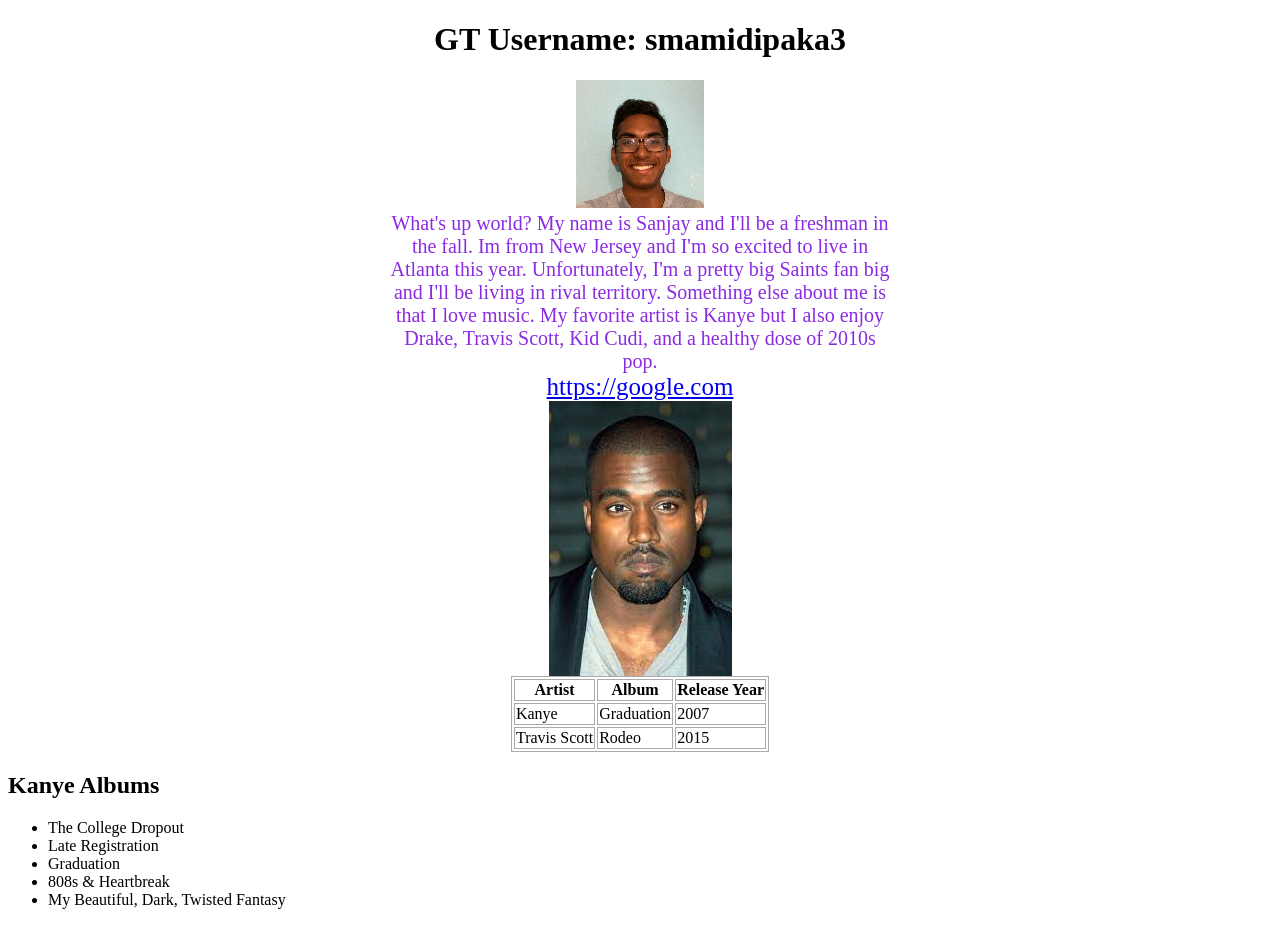
Repository: sanjayMamidipaka/cs1301
Page: lab01/index.html
The author's editor kept a copy of each file at every save. The page is drawn from the files as they stood at one save, then again after the next save.
The browser window is 1280 px wide. The pictures show the whole page.

Above is the page before, as saved 2021-07-22 16:59:48.

### lab01/index.html
<!DOCTYPE html>

<head>
    <link rel="stylesheet" href="style.css">
  </head>

  <div class = "h1">
    <h1>GT Username: smamidipaka3</h1>

    <img src="image.png" alt="My Picture">
    <p class = 'description'>
        What's up world? My name is Sanjay and I'll be a freshman in the fall. Im from New Jersey and I'm so excited to live in Atlanta this year.
        Unfortunately, I'm a pretty big Saints fan big and I'll be living in rival territory. Something else about me is that I love music. My favorite artist is Kanye but
        I also enjoy Drake, Travis Scott, Kid Cudi, and a healthy dose of 2010s pop.
    </p>

    <a class='link' href="https://google.com">https://google.com</a>

  </div>

  <a href="https://www.kanyewest.com/" >
    <img class='kanye' src="kanye.jpeg" alt="The GOAT's pic">
</a>

<table class='center'>
    <tr>
        <th>Artist</th>
        <th>Album</th>
        <th>Release Year</th>
    </tr>

    <tr>
        <td>Kanye</td>
        <td>Graduation</td>
        <td>2007</td>
    </tr>

    <tr>
        <td>Travis Scott</td>
        <td>Rodeo</td>
        <td>2015</td>
    </tr>
</table>


    <h2 class='listtitle'>Kanye Albums</h2>

    <ul class='list'>
        <li>The College Dropout</li>
        <li>Late Registration</li>
        <li>Graduation</li>
        <li>808s & Heartbreak</li>
        <li>My Beautiful, Dark, Twisted Fantasy</li>
      </ul>

### lab01/style.css
.h1 {
    text-align: center
}

.description {
    width: 500px;
    text-align: center;
    margin: auto;
    color: blueviolet;
    font-size: 20px;
}

.link {
    font-size: 25px;
}

.kanye {
    display: block;
    margin-left: auto;
    margin-right: auto;
}

.center, th, td {
    border: 1px solid #aaaaaa;
    margin-left: auto;
    margin-right: auto;
}

.listtitle {
    margin-left: auto;
    margin-right: auto;
}

After the next save:
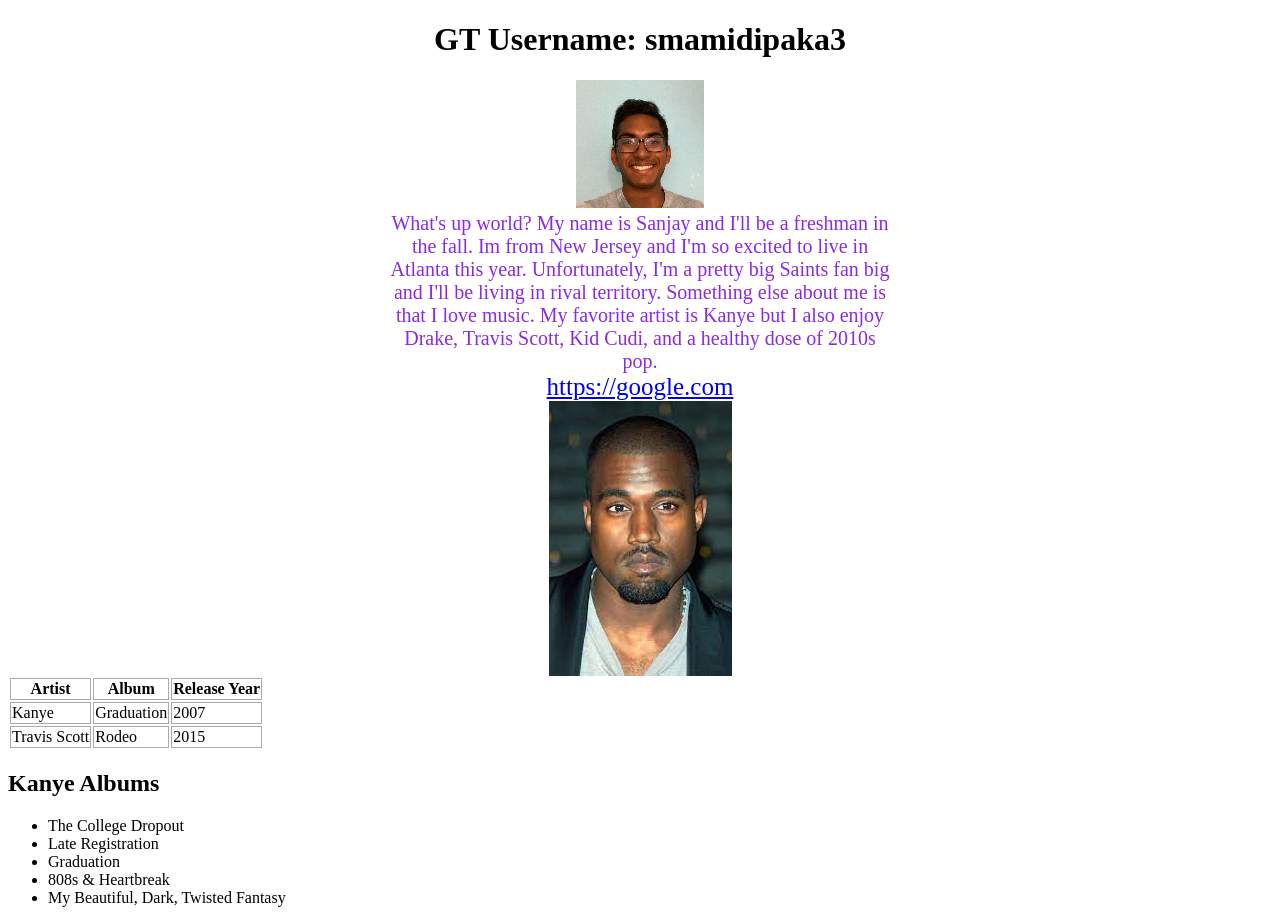
Saved 20 s later.
--- a/lab01/index.html
+++ b/lab01/index.html
@@ -22,7 +22,7 @@
     <img class='kanye' src="kanye.jpeg" alt="The GOAT's pic">
 </a>
 
-<table class='center'>
+<table class='table'>
     <tr>
         <th>Artist</th>
         <th>Album</th>

After the save that followed:
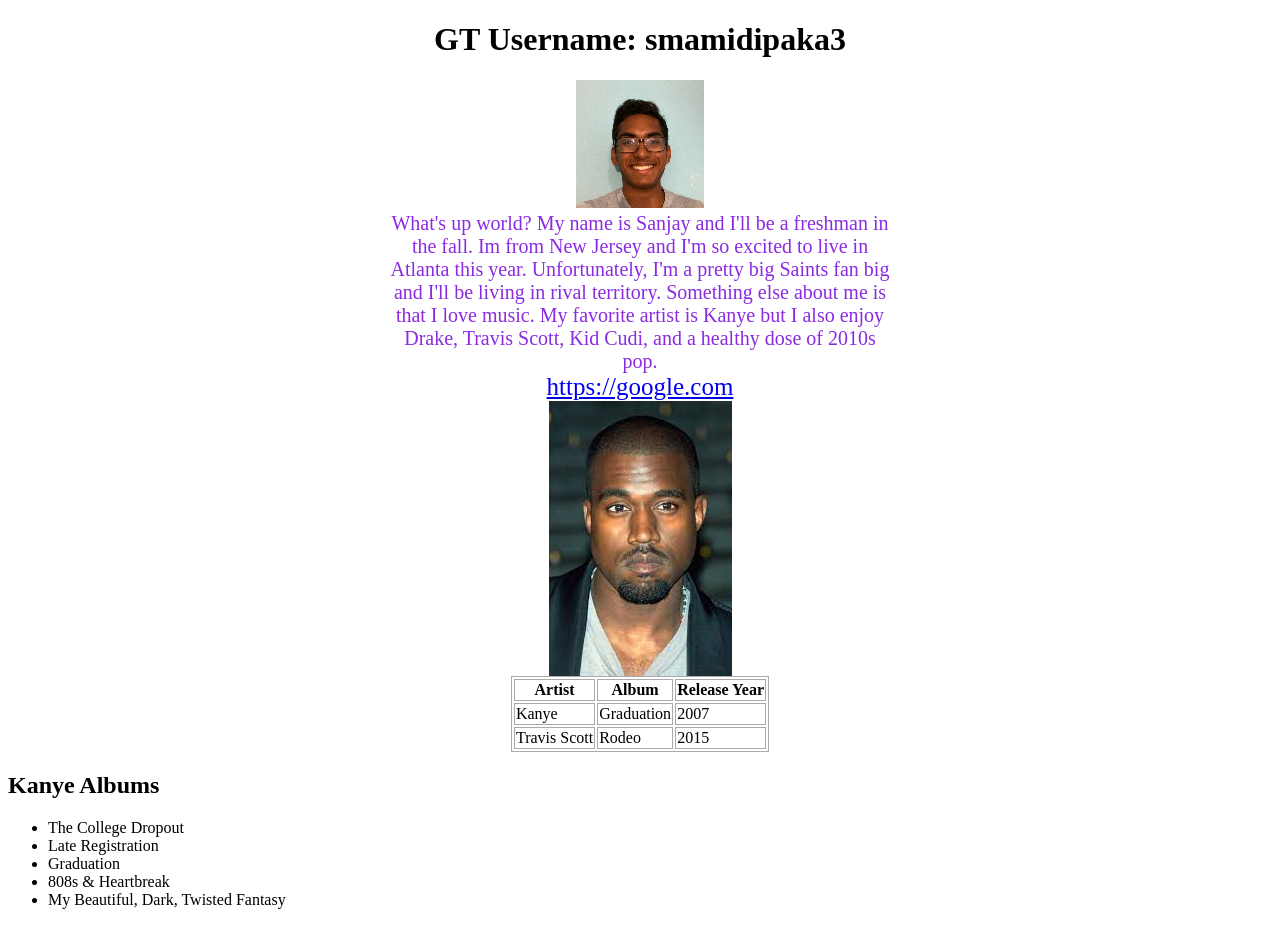
Saved 5 s later.
--- a/lab01/style.css
+++ b/lab01/style.css
@@ -20,7 +20,7 @@
     margin-right: auto;
 }
 
-.center, th, td {
+.table, th, td {
     border: 1px solid #aaaaaa;
     margin-left: auto;
     margin-right: auto;
